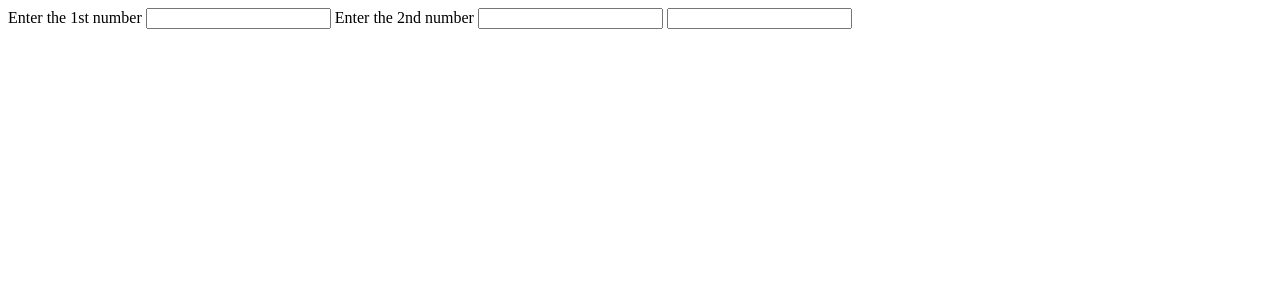
Repository: PrathamManabasannanavar/JAVA-Programs
Page: Eclipse/SimpleCalculator/src/main/webapp/index.html
An editor plug-in stored every save of this project. The page is shown before and after the next save, followed by the edit.
The browser window is 1280 px wide. The pictures show the whole page.

Above is the page before, as saved 2024-06-07 10:06:37.

### Eclipse/SimpleCalculator/src/main/webapp/index.html
<!DOCTYPE html PUBLIC "-//W3C//DTD HTML 4.01 Transitional//EN" "http://www.w3.org/TR/html4/loose.dtd">
<html>
<head>
<meta http-equiv="Content-Type" content="text/html; charset=UTF-8">
<title>Insert title here</title>
</head>
<body>
	<form action="post">
		<label for="num1">Enter the 1st number</label>
		<input type="text" name="num1">

		<label for="num2">Enter the 2nd number</label>
		<input type="text" name="num2">
		<input type="submit value="submit">
	</form>
</body>
</html>

After the next save:
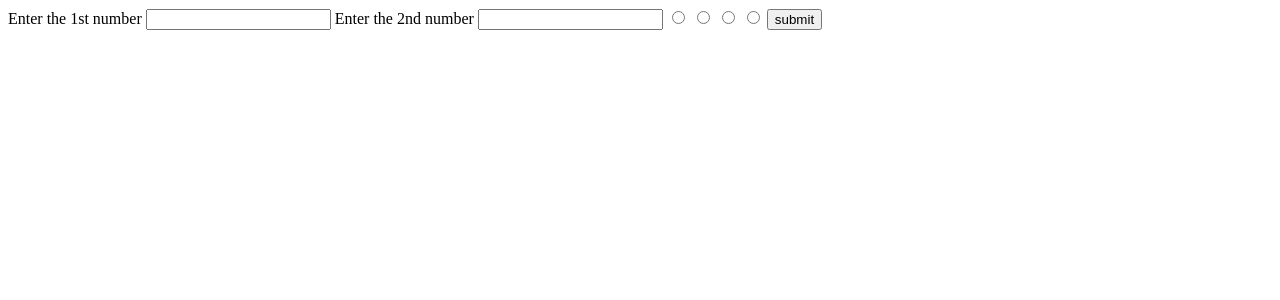
Saved 3 min 6 s later.
--- a/Eclipse/SimpleCalculator/src/main/webapp/index.html
+++ b/Eclipse/SimpleCalculator/src/main/webapp/index.html
@@ -5,13 +5,19 @@
 <title>Insert title here</title>
 </head>
 <body>
-	<form action="post">
+	<form action="Calculator">
 		<label for="num1">Enter the 1st number</label>
 		<input type="text" name="num1">
 
 		<label for="num2">Enter the 2nd number</label>
 		<input type="text" name="num2">
-		<input type="submit value="submit">
+
+		<input type="radio" value="+">
+		<input type="radio" value="-">
+		<input type="radio" value="*">
+		<input type="radio" value="/">
+
+		<input type="submit" value="submit">
 	</form>
 </body>
 </html>
